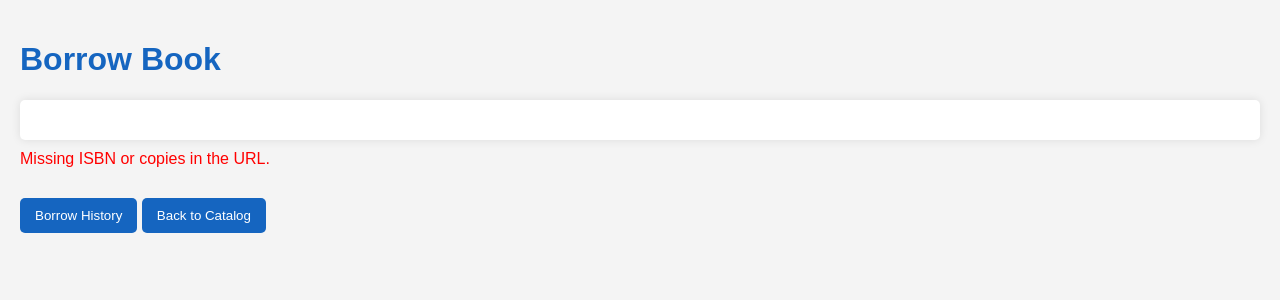
Repository: grebail/Comp-FYP
Page: public/user_borrow_copy_byQR.html
An editor plug-in stored every save of this project. The page is shown before and after the next save, followed by the edit.
The browser window is 1280 px wide. The pictures show the whole page.

Above is the page before, as saved 2025-02-12 16:17:00.

### public/user_borrow_copy_byQR.html
<!DOCTYPE html>
<html lang="en">

<head>
    <meta charset="UTF-8">
    <meta name="viewport" content="width=device-width, initial-scale=1.0">
    <title>Borrow Book</title>
    <style>
        body {
            font-family: Arial, sans-serif;
            margin: 0;
            padding: 20px;
            background-color: #f4f4f4;
            color: #333;
        }

        h1 {
            color: #1565c0;
        }

        .book-details {
            background: white;
            padding: 20px;
            border-radius: 5px;
            box-shadow: 0 0 10px rgba(0, 0, 0, 0.1);
            margin-top: 20px;
        }

        .error-message {
            color: red;
            margin-top: 10px;
        }

        .success-message {
            color: green;
            margin-top: 10px;
        }

        .book-cover {
            max-width: 200px;
            margin-bottom: 10px;
        }

        button {
            margin-top: 20px;
            padding: 10px 15px;
            background-color: #1565c0;
            color: white;
            border: none;
            border-radius: 5px;
            cursor: pointer;
        }

        button:hover {
            background-color: #0d47a1;
        }
    </style>
</head>

<body>

    <h1>Borrow Book</h1>
    <div id="bookDetails" class="book-details">
        <!-- Book details and borrowed copies will be displayed here -->
    </div>
    <div id="errorMessage" class="error-message"></div>
    <div id="successMessage" class="success-message"></div>
    <button id="BorrowHistoryButton">Borrow History</button>
    <button id="backToCatalogButton">Back to Catalog</button>

    <script>
        function getQueryParam(param) {
            const urlParams = new URLSearchParams(window.location.search);
            return urlParams.get(param);
        }

        const params = new URLSearchParams(window.location.search);
        const isbn = params.get('isbn');
        const userId = params.get('userid');
        const copies = params.get('copies')?.split(',');
        const userToken = getQueryParam('token') || localStorage.getItem('token');
        console.log('userId:', userId);
        console.log('ISBN:', isbn);
        console.log('User Token:', userToken);


        // Function to fetch book details from the Google API or database
        async function fetchBookDetails() {
            try {
                if (!isbn) {
                    throw new Error('No ISBN provided.');
                }

                const response = await fetch(`/api/books/isbn/${isbn}`);
                if (!response.ok) {
                    throw new Error('Book not found by ISBN.');
                }

                const book = await response.json();
                displayBookDetails(book);
            } catch (error) {
                console.error(error.message);
                displayError(error.message);
            }
        }

        // Function to display book details
        function displayBookDetails(book) {
            const bookDetailsHTML = `
                <img src="${book.coverImage}" alt="${book.title} cover" class="book-cover" />
                <h2>Book Details</h2>
                <div><strong>Title:</strong> ${book.title}</div>
                <div><strong>Author(s):</strong> ${book.authors.join(', ')}</div>
                <div><strong>Publisher:</strong> ${book.publisher}</div>
                <div><strong>Published Date:</strong> ${book.publishedDate}</div>
                <div><strong>ISBN:</strong> ${isbn}</div>
            `;
            document.getElementById('bookDetails').innerHTML = bookDetailsHTML;
        }

        // Function to fetch borrowed book details
        async function fetchBorrowedDetails() {
            try {
                if (!isbn || !copies) {
                    throw new Error('Missing ISBN or copies in the URL.');
                }

                const token = localStorage.getItem('token');
                if (!token) {
                    throw new Error('No authentication token found. Please log in.');
                }

                const response = await fetch(`/api/userBorrows?userid=${userId}`, {
                    method: 'GET',
                    headers: {
                        'Authorization': `Bearer ${token}`,
                        'Content-Type': 'application/json'
                    }
                });

                if (!response.ok) {
                    throw new Error(`Failed to fetch borrowed book details. Status: ${response.status}`);
                }

                const data = await response.json();
                const borrowedBook = data.find(borrow => borrow.industryIdentifier.includes(isbn));

                if (!borrowedBook) {
                    throw new Error('No borrowed book found for the given ISBN.');
                }

                const borrowedCopies = borrowedBook.copies.filter(copy => copies.includes(copy.copyId));

                if (borrowedCopies.length === 0) {
                    throw new Error('No matching borrowed copies found.');
                }

                displayBorrowedDetails(borrowedBook, borrowedCopies);

                console.log('Borrowed copies:', borrowedCopies);
            } catch (error) {
                console.error(error.message);
                displayError(error.message);
            }
        }

        // Function to display borrowed book details
        function displayBorrowedDetails(book, copies) {
            const borrowedDetailsHTML = `
                <h3>Borrowed Copies</h3>
                <ul>
                    ${copies
                        .map(copy => `
                            <li>
                                <strong>Copy ID:</strong> ${copy.copyId} <br>
                                <strong>Location:</strong> ${copy.bookLocation || 'Unknown'} <br>
                                <strong>Borrowed Date:</strong> ${new Date(copy.borrowedDate).toLocaleDateString()} <br>
                                <strong>Due Date:</strong> ${new Date(copy.dueDate).toLocaleDateString()}
                            </li>
                        `)
                        .join('')}
                </ul>
            `;
            document.getElementById('bookDetails').insertAdjacentHTML('beforeend', borrowedDetailsHTML);
        }

        // Function to display error messages
        function displayError(message) {
            document.getElementById('errorMessage').innerText = message;
        }

        // Event listener for Back to Catalog button
        document.getElementById('backToCatalogButton').addEventListener('click', () => {
            window.location.href = `user-books-catalog.html?userid=${userId}&token=${userToken}`;
        });

        // Event listener for Borrow History button
        document.getElementById('BorrowHistoryButton').addEventListener('click', () => {
            window.location.href = `user_borrow_history.html?userid=${userId}`;
        });

        // Fetch book details and borrowed details when the page loads
        window.onload = async () => {
            await fetchBookDetails();
            await fetchBorrowedDetails();
        };
    </script>

</body>

</html>

After the next save:
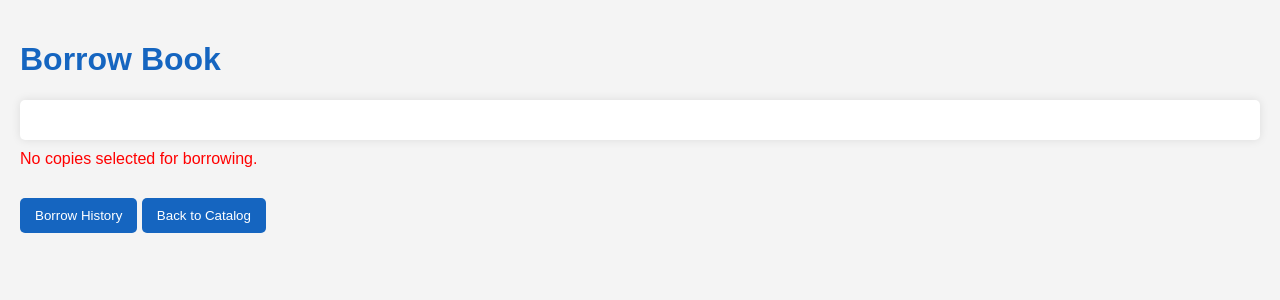
Saved 2 min 11 s later.
--- a/public/user_borrow_copy_byQR.html
+++ b/public/user_borrow_copy_byQR.html
@@ -79,12 +79,59 @@
         const userId = params.get('userid');
         const copies = params.get('copies')?.split(',');
         const userToken = getQueryParam('token') || localStorage.getItem('token');
+
         console.log('userId:', userId);
         console.log('ISBN:', isbn);
+        console.log('Selected Copies:', copies);
         console.log('User Token:', userToken);
 
-
-        // Function to fetch book details from the Google API or database
+        // Function to display success messages
+        function displaySuccess(message) {
+            document.getElementById('successMessage').innerText = message;
+        }
+
+        // Function to display error messages
+        function displayError(message) {
+            document.getElementById('errorMessage').innerText = message;
+        }
+
+        // Automatically borrow selected copies
+        async function borrowSelectedCopies() {
+            if (!copies || copies.length === 0) {
+                displayError('No copies selected for borrowing.');
+                return;
+            }
+
+            try {
+                // Borrow API call
+                const response = await fetch(`/api/books/copy_borrow`, {
+                    method: 'POST',
+                    headers: {
+                        'Content-Type': 'application/json',
+                        'Authorization': `Bearer ${userToken}`
+                    },
+                    body: JSON.stringify({ userid: userId, isbn, copies })
+                });
+
+                const data = await response.json();
+
+                if (!response.ok || data.error) {
+                    throw new Error(data.error || 'Failed to borrow copies.');
+                }
+
+                // Display success message
+                displaySuccess(data.message || 'Copies borrowed successfully!');
+                console.log('Borrow response:', data);
+
+                // Optionally display borrowed copies
+                displayBorrowedDetails(copies);
+            } catch (error) {
+                console.error('Error borrowing copies:', error.message);
+                displayError(error.message || 'Failed to borrow copies. Please try again.');
+            }
+        }
+
+        // Function to fetch and display book details
         async function fetchBookDetails() {
             try {
                 if (!isbn) {
@@ -118,64 +165,15 @@
             document.getElementById('bookDetails').innerHTML = bookDetailsHTML;
         }
 
-        // Function to fetch borrowed book details
-        async function fetchBorrowedDetails() {
-            try {
-                if (!isbn || !copies) {
-                    throw new Error('Missing ISBN or copies in the URL.');
-                }
-
-                const token = localStorage.getItem('token');
-                if (!token) {
-                    throw new Error('No authentication token found. Please log in.');
-                }
-
-                const response = await fetch(`/api/userBorrows?userid=${userId}`, {
-                    method: 'GET',
-                    headers: {
-                        'Authorization': `Bearer ${token}`,
-                        'Content-Type': 'application/json'
-                    }
-                });
-
-                if (!response.ok) {
-                    throw new Error(`Failed to fetch borrowed book details. Status: ${response.status}`);
-                }
-
-                const data = await response.json();
-                const borrowedBook = data.find(borrow => borrow.industryIdentifier.includes(isbn));
-
-                if (!borrowedBook) {
-                    throw new Error('No borrowed book found for the given ISBN.');
-                }
-
-                const borrowedCopies = borrowedBook.copies.filter(copy => copies.includes(copy.copyId));
-
-                if (borrowedCopies.length === 0) {
-                    throw new Error('No matching borrowed copies found.');
-                }
-
-                displayBorrowedDetails(borrowedBook, borrowedCopies);
-
-                console.log('Borrowed copies:', borrowedCopies);
-            } catch (error) {
-                console.error(error.message);
-                displayError(error.message);
-            }
-        }
-
-        // Function to display borrowed book details
-        function displayBorrowedDetails(book, copies) {
+        // Function to display borrowed copies
+        function displayBorrowedDetails(copies) {
             const borrowedDetailsHTML = `
                 <h3>Borrowed Copies</h3>
                 <ul>
                     ${copies
-                        .map(copy => `
+                        .map(copyId => `
                             <li>
-                                <strong>Copy ID:</strong> ${copy.copyId} <br>
-                                <strong>Location:</strong> ${copy.bookLocation || 'Unknown'} <br>
-                                <strong>Borrowed Date:</strong> ${new Date(copy.borrowedDate).toLocaleDateString()} <br>
-                                <strong>Due Date:</strong> ${new Date(copy.dueDate).toLocaleDateString()}
+                                <strong>Copy ID:</strong> ${copyId}
                             </li>
                         `)
                         .join('')}
@@ -184,11 +182,6 @@
             document.getElementById('bookDetails').insertAdjacentHTML('beforeend', borrowedDetailsHTML);
         }
 
-        // Function to display error messages
-        function displayError(message) {
-            document.getElementById('errorMessage').innerText = message;
-        }
-
         // Event listener for Back to Catalog button
         document.getElementById('backToCatalogButton').addEventListener('click', () => {
             window.location.href = `user-books-catalog.html?userid=${userId}&token=${userToken}`;
@@ -199,10 +192,10 @@
             window.location.href = `user_borrow_history.html?userid=${userId}`;
         });
 
-        // Fetch book details and borrowed details when the page loads
+        // Automatically fetch book details and borrow selected copies when the page loads
         window.onload = async () => {
             await fetchBookDetails();
-            await fetchBorrowedDetails();
+            await borrowSelectedCopies();
         };
     </script>
 
